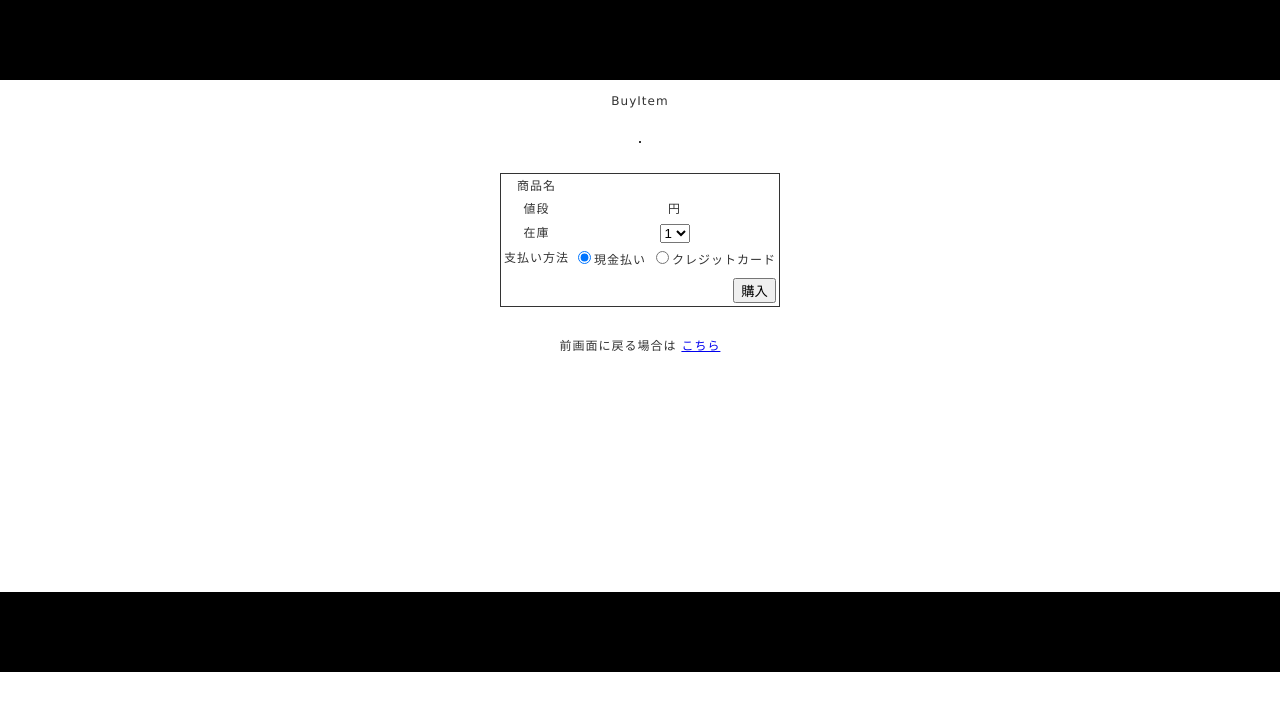
Repository: koju5335232/backup
Page: http://localhost/template/buyItem.jsp
An editor plug-in stored every save of this project. The page is shown before and after the next save, followed by the edit.
The browser window is 1280 px wide. The pictures show the whole page.
The page is served by Tomcat 9. Other server files are loaded and not shown.

Above is the page before, as saved 2018-01-19 05:16:18.

### template/WebContent/buyItem.jsp
<%@ page language="java" contentType="text/html; charset=UTF-8"
    pageEncoding="UTF-8"%>
<%@ taglib prefix="s" uri="/struts-tags"%>
<!DOCTYPE html>
<html>
<head>
<meta http-equiv="Content-Type" content="text/html; charset=UTF-8" />
<meta http-equiv="Content-Style-Type" content="text/css" />
<meta http-equiv="Content-Script-Type" content="text/javascript" />
<meta http-equiv="imagetoolbar" content="no" />
<meta name="description" content="" />
<meta name="keywords" content="" />
<title>buyItem画面</title>

<style type="text/css">
/* ========TAG LAYOUT======== */
body{
margin:0;
padding:0;
line-height:1.6;
letter-spacing:1px;
font-family:Verdana, Helvetica, sans-serif;
font-size:12px;
color:#333;
background:#fff;
}

table{
text-align:center;
margin:30px auto;
border:1px solid #333;
}

#header{
width:100%;
height:80px;
background-color:black;
}

#main{
width:100%;
height:500px;
text-align:center;
}

#footer{
width:100%;
height:80px;
background-color:black;
clear:both;
}
</style>
</head>
<body>
<div id="header">
<div id="pr">
</div>
</div>
<div id="main">
<div id="top">
<p>BuyItem</p>
</div>
<div>
<s:form action="BuyItemAction">
<table>
<tr>
<td>
<span>商品名</span>
</td>
<td>
<s:property value="session.buyItem_name" />
</td>
</tr>
<tr>
<td>
<span>値段</span>
</td>
<td>
<s:property value="session.buyItem_price" />
<span>円</span>
</td>
</tr>
<tr>
<td>
<span>在庫</span>
</td>
<td>
<select name="stock">
<option value="1" selected="selected">1</option>
<option value="2">2</option>
<option value="3">3</option>
<option value="4">4</option>
<option value="5">5</option>
</select>
</td>
</tr>
<tr>
<td>
<span>支払い方法</span>
</td>
<td>
<input type="radio" name="pay" value="1" checked="checked">現金払い
<input type="radio" name="pay" value="2">クレジットカード
</td>
</tr>
<tr>
<td>
<s:submit value="購入" />
</td>
</tr>
</table>
</s:form>
<div>
<span>前画面に戻る場合は</span>
<a href='<s:url action="HomeAction" />'>こちら</a>
</div>
</div>
</div>
<div id="footer">
<div id="pr">
</div>
</div>
</body>
</html>

After the next save:
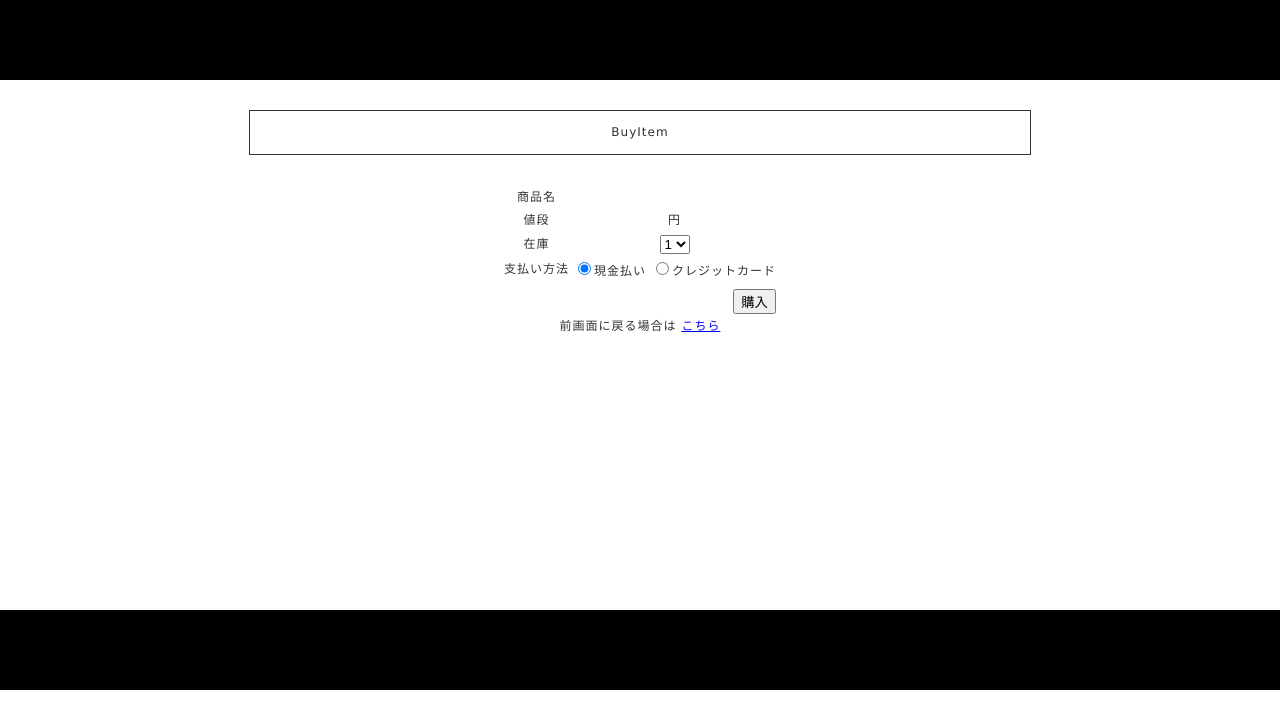
Saved 3 min 49 s later.
--- a/template/WebContent/buyItem.jsp
+++ b/template/WebContent/buyItem.jsp
@@ -27,6 +27,11 @@
 
 table{
 text-align:center;
+margin:0 auto;
+}
+/* ========ID LAYOUT======== */
+#top{
+width:780px;
 margin:30px auto;
 border:1px solid #333;
 }
